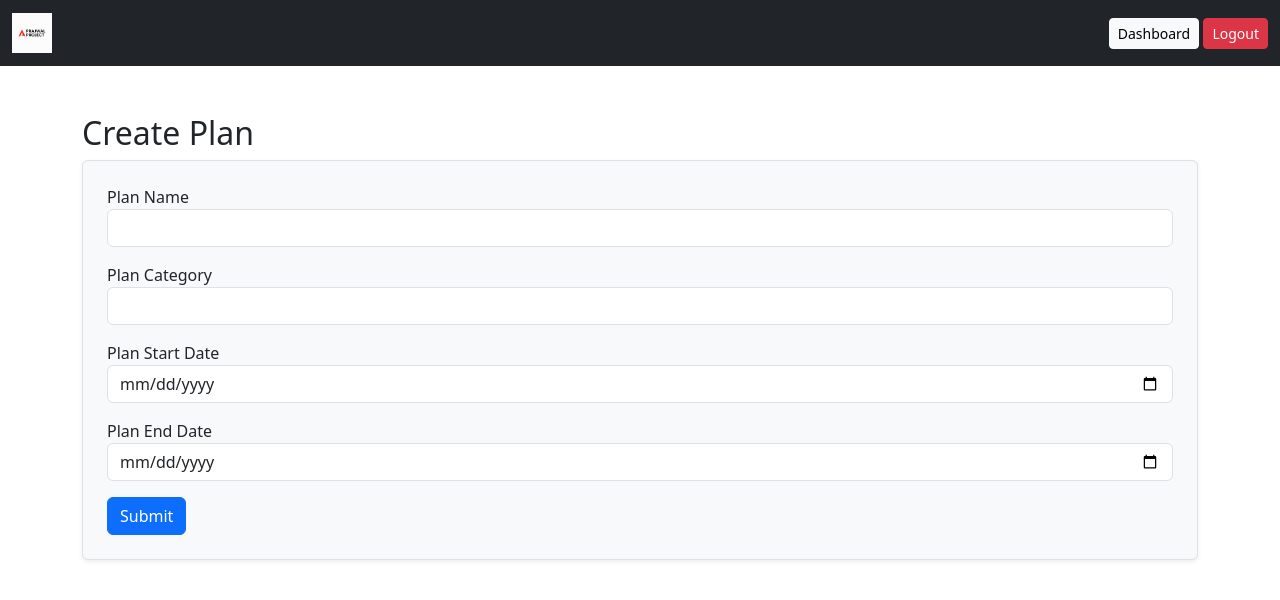
Repository: PRAJWALSINKAR/Spring_boot_Major_Projects
Page: http://localhost/create-plan
These files come from the project's save history. The page is drawn as it stood at one moment and after the next save; the edit follows.
The browser window is 1280 px wide. The pictures show the whole page.
The page is this project's Thymeleaf template; nobody is signed in. The template is opened directly, without the code that normally fills it, so the values that code supplies are empty.

Above is the page before, as saved 2025-08-06 18:38:39.

### IES-Integrated_Eligibility_system/src/main/resources/templates/create-plan.html
<!DOCTYPE html>
<html xmlns:th="http://www.thymeleaf.org">
<head>
    <title>Create Plan</title>
    <link rel="stylesheet" href="https://cdn.jsdelivr.net/npm/bootstrap@5.3.2/dist/css/bootstrap.min.css">
</head>
<body>
<nav class="navbar navbar-expand-lg navbar-dark bg-dark">
    <div class="container-fluid">
        <a class="navbar-brand" href="#">
            <img th:src="@{/images/myName-Logo.png}" alt="Logo" width="40" height="40"/>
        </a>
        <div class="ms-auto">
            <a href="/plan/view" class="btn btn-Light btn-sm">View Plans</a>
             <a href="/dashboard" class="btn btn-light btn-sm">Dashboard</a>
            <a href="/logout" class="btn btn-danger btn-sm">Logout</a>
        </div>
    </div>
</nav>

<div class="container mt-5">
    <h2>Create Plan</h2>

    <div th:if="${succMsg}" class="alert alert-success" th:text="${succMsg}"></div>
    <div th:if="${errMsg}" class="alert alert-danger" th:text="${errMsg}"></div>

    <form th:action="@{/plan/save}" method="post" th:object="${plan}" class="border p-4 rounded shadow-sm bg-light">
        <div class="mb-3">
            <label>Plan Name</label>
            <input type="text" th:field="*{planName}" class="form-control" required>
        </div>

        <div class="mb-3">
            <label>Plan Category</label>
            <input type="text" th:field="*{planCategory}" class="form-control" required>
        </div>

        <div class="mb-3">
            <label>Plan Start Date</label>
            <input type="date" th:field="*{planStartDate}" class="form-control" required>
        </div>

        <div class="mb-3">
            <label>Plan End Date</label>
            <input type="date" th:field="*{planEndDate}" class="form-control" required>
        </div>

        <button type="submit" class="btn btn-primary">Submit</button>
    </form>
</div>
</body>
</html>

After the next save:
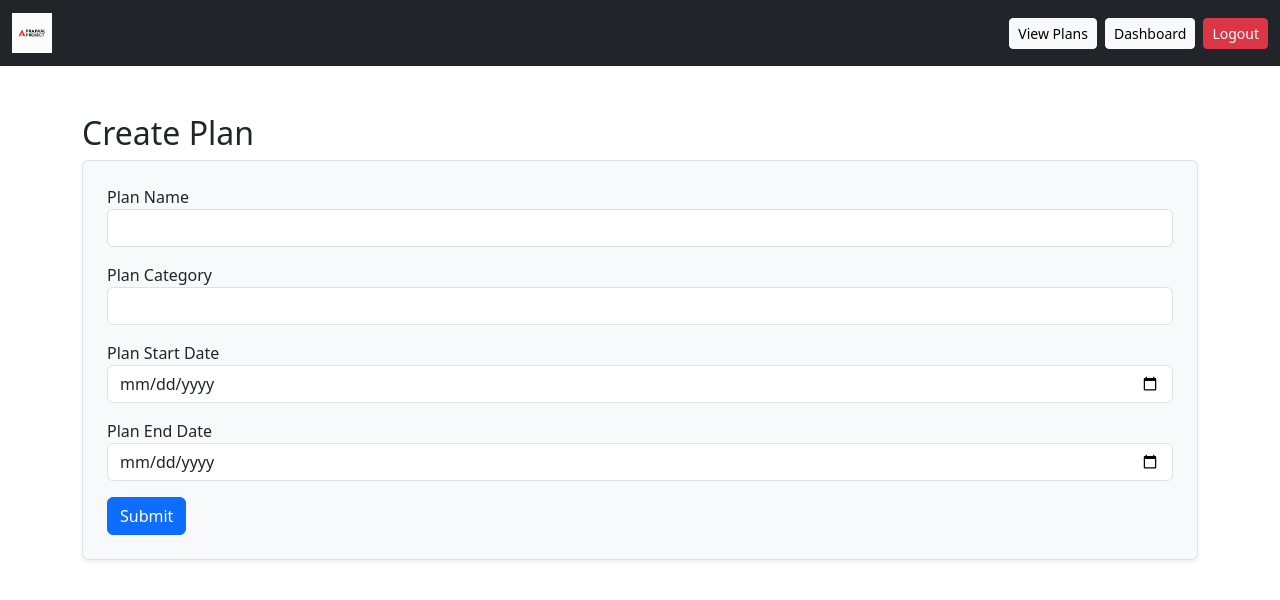
Saved 30 s later.
--- a/IES-Integrated_Eligibility_system/src/main/resources/templates/create-plan.html
+++ b/IES-Integrated_Eligibility_system/src/main/resources/templates/create-plan.html
@@ -10,11 +10,12 @@
         <a class="navbar-brand" href="#">
             <img th:src="@{/images/myName-Logo.png}" alt="Logo" width="40" height="40"/>
         </a>
-        <div class="ms-auto">
-            <a href="/plan/view" class="btn btn-Light btn-sm">View Plans</a>
-             <a href="/dashboard" class="btn btn-light btn-sm">Dashboard</a>
-            <a href="/logout" class="btn btn-danger btn-sm">Logout</a>
-        </div>
+     <div class="ms-auto d-flex gap-2">
+    <a href="/plan/view" class="btn btn-light btn-sm">View Plans</a>
+    <a href="/dashboard" class="btn btn-light btn-sm">Dashboard</a>
+    <a href="/logout" class="btn btn-danger btn-sm">Logout</a>
+</div>
+
     </div>
 </nav>
 
